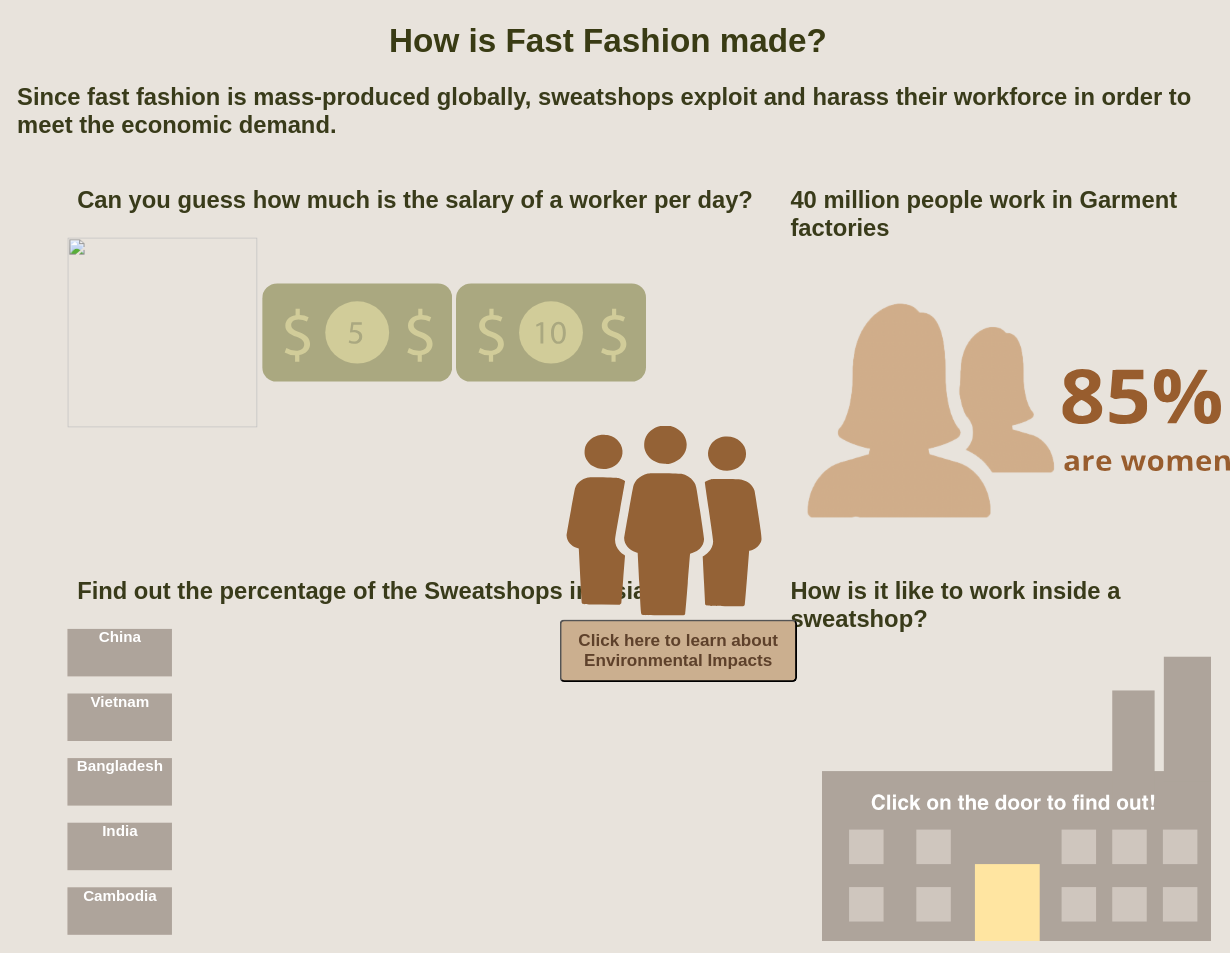
Repository: DevOfHockey/mdia-2190-midterm
Page: fashionlabor.html
The author's editor kept a copy of each file at every save. The page is drawn from the files as they stood at one save, then again after the next save.
The browser window is 1280 px wide. The page is 1295 px wide, so the pictures cover 1295 px, including what lies to the right of the window. The pictures show the whole page, at 95% of full size.

Above is the page before, as saved 2022-03-08 16:05:49.

After the next save:
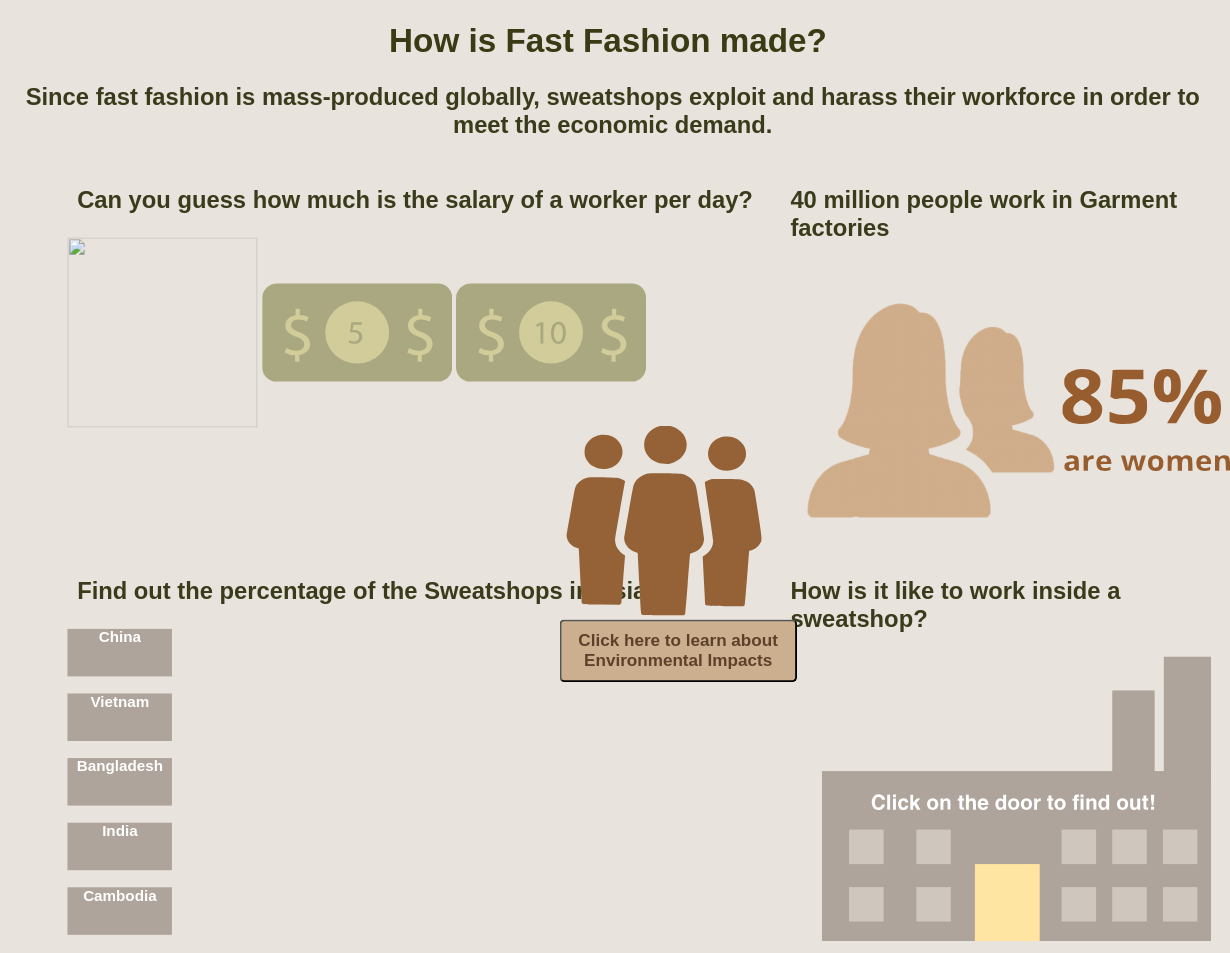
Saved 33 s later.
--- a/fashionlabor.css
+++ b/fashionlabor.css
@@ -3,6 +3,10 @@ body {
     font-family: Arial, Helvetica, sans-serif;
 }
 .Headings {
+    text-align: center;
+    font-family: Arial, Helvetica, sans-serif;
+}
+.subheading {
     text-align: center;
     font-family: Arial, Helvetica, sans-serif;
 }
